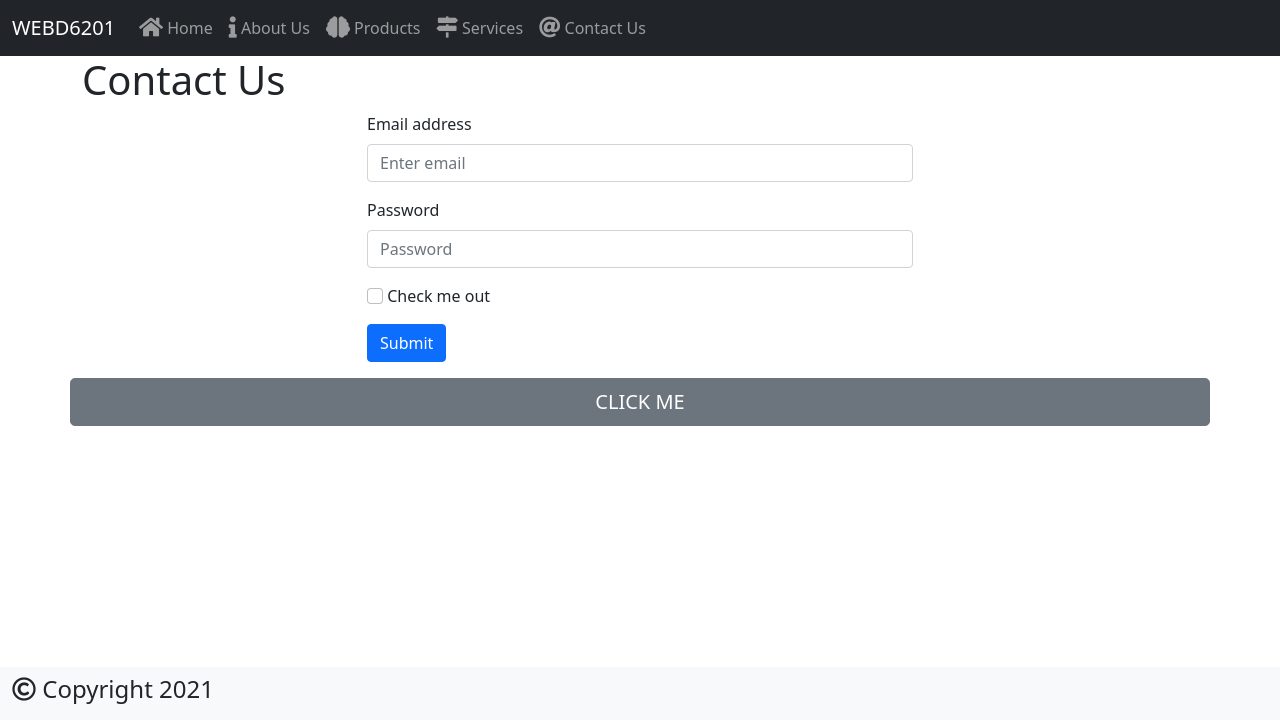
Repository: GarlicButterBoy/WEBD6201-Week1
Page: contact.html
These files come from the project's save history. The page is drawn as it stood at one moment and after the next save; the edit follows.
The browser window is 1280 px wide. The pictures show the whole page.

Above is the page before, as saved 2021-01-21 09:21:53.

After the next save:
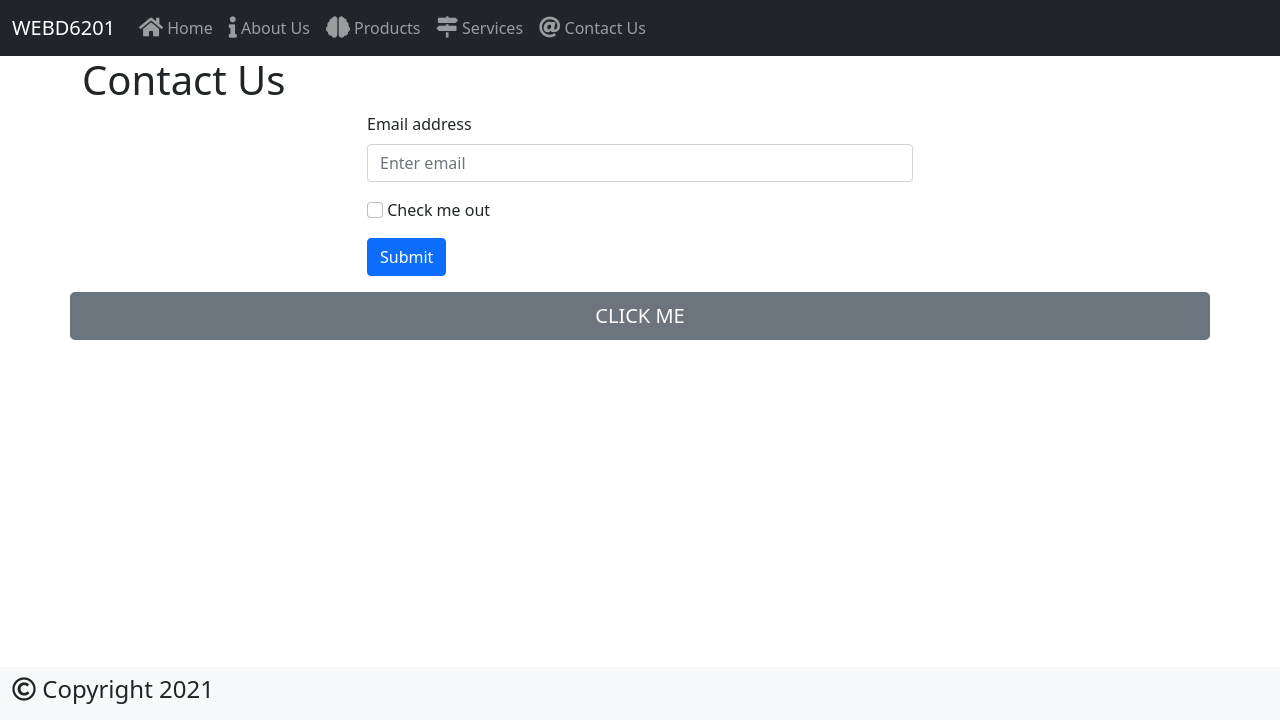
Saved 8 s later.
--- a/contact.html
+++ b/contact.html
@@ -67,10 +67,6 @@
             <input type="email" class="form-control" id="exampleInputEmail1" aria-describedby="emailHelp" placeholder="Enter email">
           </div>
 
-          <div class="mb-3">
-            <label for="exampleInputPassword1" class="form-label">Password</label>
-            <input type="password" class="form-control" id="exampleInputPassword1" placeholder="Password">
-          </div>
 
           <div class="mb-3">
             <input type="checkbox" class="form-check-input" id="exampleCheck1">
